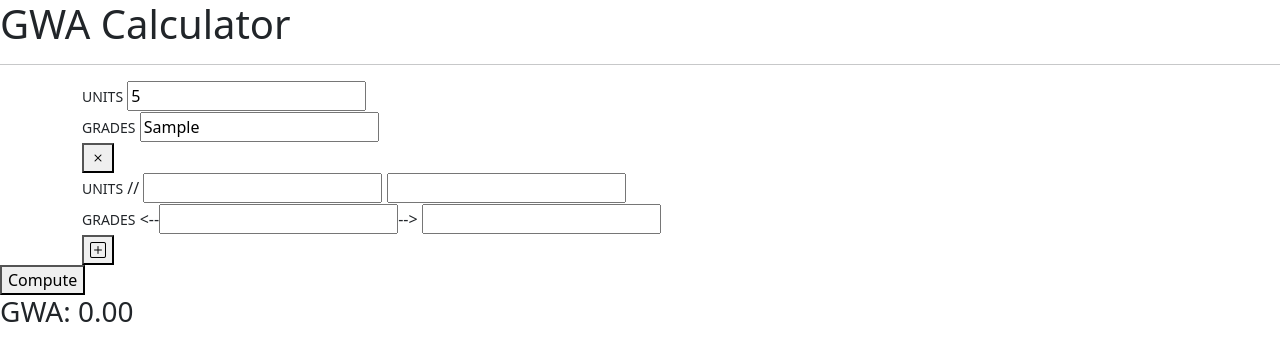
Repository: yonora/GWACalculator
Page: index.html
An editor plug-in stored every save of this project. The page is shown before and after the next save, followed by the edit.
The browser window is 1280 px wide. The pictures show the whole page.
Empty fields were first filled with sample values (such as "Sample", 5 or name@example.com).
After loading, the first visible `button.col-auto` was clicked once.

Above is the page before, as saved 2025-01-07 22:22:35.

### index.html
<!DOCTYPE html>
<html lang="en">
<head>
    <meta charset="UTF-8">
    <meta name="viewport" content="width=device-width, initial-scale=1.0">
    <link rel="stylesheet" href="https://cdn.jsdelivr.net/npm/bootstrap@5.3.3/dist/css/bootstrap.min.css">
    <link rel="stylesheet" href="https://cdn.jsdelivr.net/npm/bootstrap-icons@1.11.3/font/bootstrap-icons.min.css">
    <script src="js.js"></script>
    <title>GWA Calculator</title>
</head>
<body>
    <h1>GWA Calculator</h1>
    <hr>
    <div class="container" id="container">
        <div class="grade-container" id="1">
            <div class="col-auto">
                <label class="col-form-label-sm">UNITS</label>
                <!-- <input type="number" class="col-form-control units"  min="1" oninput="getGWA()">  -->
                <input type="number" class="col-form-control units"  min="1">
            </div>
            <div class="col-auto">
                <label class="col-form-label-sm">GRADES</label>
                <!-- <input type="text" class="col-form-control grades" oninput="getGWA()"> -->
                <input type="text" class="col-form-control grades">
            </div>
            <button class="col-auto add" onclick="add()"><i class="bi bi-plus-square"></i></button>
        </div>
    </div>
    <button class="col-auto compute" onclick="getGWA()">Compute</button>
    <h3>GWA: <span id="gwa">0.00</span></h3>
</body>
</html>

### js.js
function add(){
    const container = document.getElementById('container');
    var lastIndex = document.querySelectorAll('.grade-container');
    console.log(`legth: ${lastIndex.length}`);
    lastIndex = lastIndex[lastIndex.length - 1];
    lastIndex = parseFloat(lastIndex.id);
    lastIndex++;
    console.log(`index: ${lastIndex}`);
    container.insertAdjacentHTML(
        'beforeend',
        `<div class="grade-container" id=${lastIndex}>
            <div class="col-auto">
                <label class="col-form-label-sm">UNITS</label>
                // <input type="number" class="col-form-control units" min="1" oninput="getGWA()">
                <input type="number" class="col-form-control units" min="1">
            </div>
            <div class="col-auto">
                <label class="col-form-label-sm">GRADES</label>
                <--<input type="text" class="col-form-control grades" oninput="getGWA()">-->
                <input type="text" class="col-form-control grades">
            </div>
            <button class="col-auto add " onclick="add()"><i class="bi bi-plus-square"></i></button>
        </div>`
    );
    var previousContainer = document.querySelectorAll('.grade-container');
    previousContainer = previousContainer[previousContainer.length - 2];
    console.log(`last index: ${previousContainer.id}`);
    previousContainer.insertAdjacentHTML(
        'beforeend',
        `<button class="col-auto remove" onclick="remove(${previousContainer.id})"><i class="bi bi-x"></i></button>`
    );
    var add = document.querySelectorAll('.add');
    add = add[add.length - 2];
    add.remove();
}

function remove(id){
    var row = document.getElementById(`${id}`)
    row.remove();
    getGWA();
}

function getUnits(units){
    var totalUnits = 0;

    for(let i=0; i<units.length; i++){
        const unit = parseFloat(units[i].value);
        totalUnits += unit;
    }
    return totalUnits;
}


function getGWA(){
    const grades = document.querySelectorAll('.grades');
    const units = document.querySelectorAll('.units');
    const totalUnits = getUnits(units);
    var gwa = 0.00;

    for(let i=0; i<grades.length; i++){
        let unit = parseFloat(units[i].value) || 0;
        let grade = parseFloat(grades[i].value) || 0;
        gwa += (grade * unit) / totalUnits;
        document.getElementById('gwa').innerHTML = gwa.toFixed(2);
    }
}

After the next save:
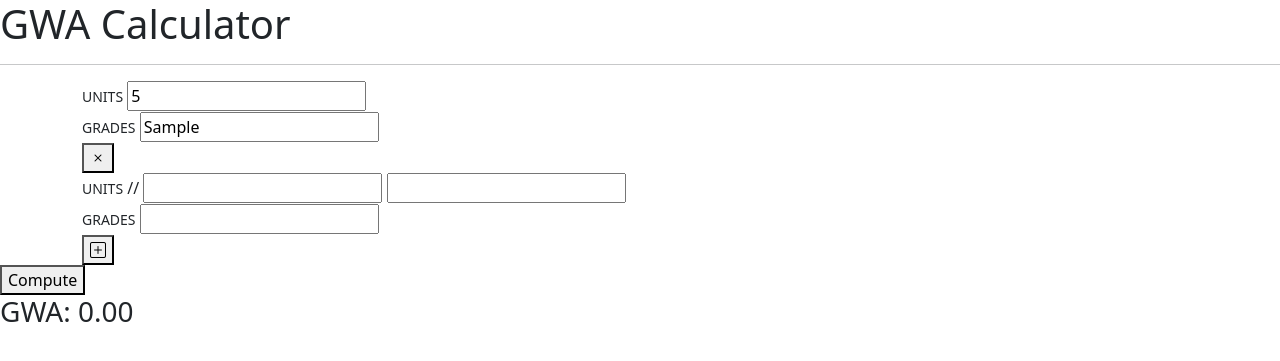
Saved 15 s later.
--- a/js.js
+++ b/js.js
@@ -16,7 +16,7 @@ function add(){
             </div>
             <div class="col-auto">
                 <label class="col-form-label-sm">GRADES</label>
-                <--<input type="text" class="col-form-control grades" oninput="getGWA()">-->
+                <!--<input type="text" class="col-form-control grades" oninput="getGWA()">-->
                 <input type="text" class="col-form-control grades">
             </div>
             <button class="col-auto add " onclick="add()"><i class="bi bi-plus-square"></i></button>
